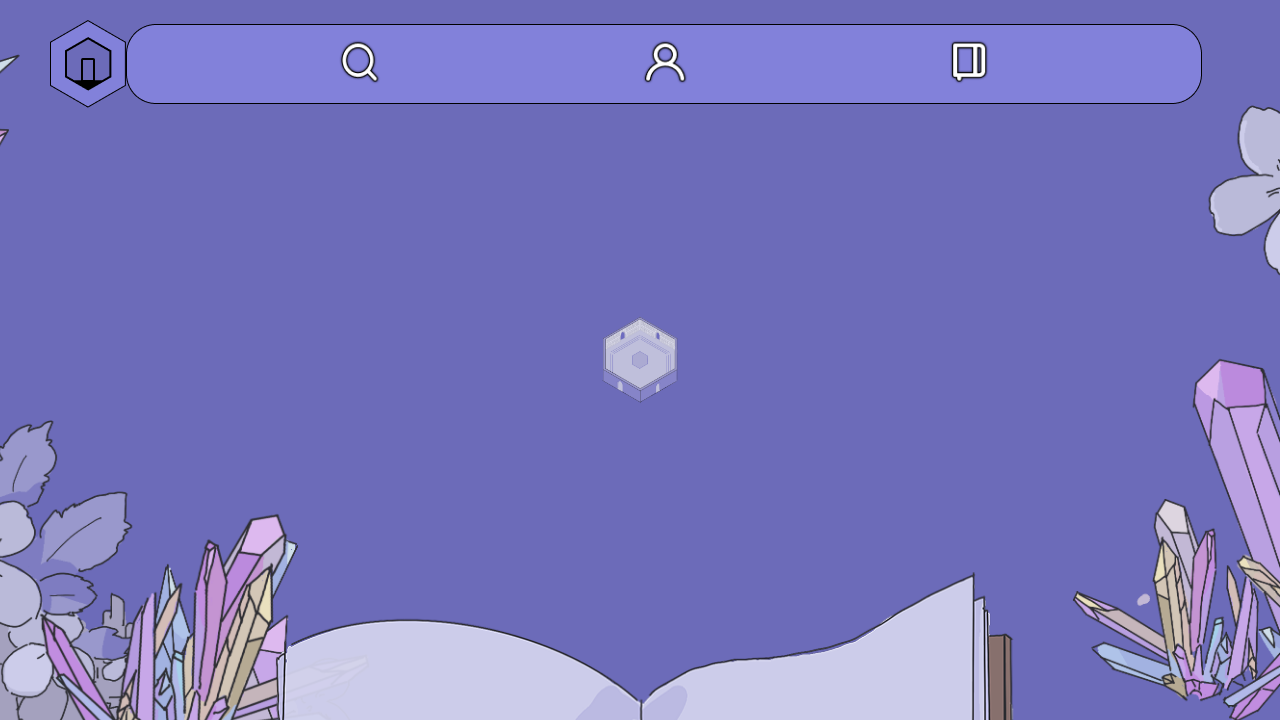
Repository: carolmmc/BabelLibrary
Page: find.html
These files come from the project's save history. The page is drawn as it stood at one moment and after the next save; the edit follows.
The browser window is 1280 px wide. The pictures show the whole page.

Above is the page before, as saved 2025-05-09 23:12:02.

After the next save:
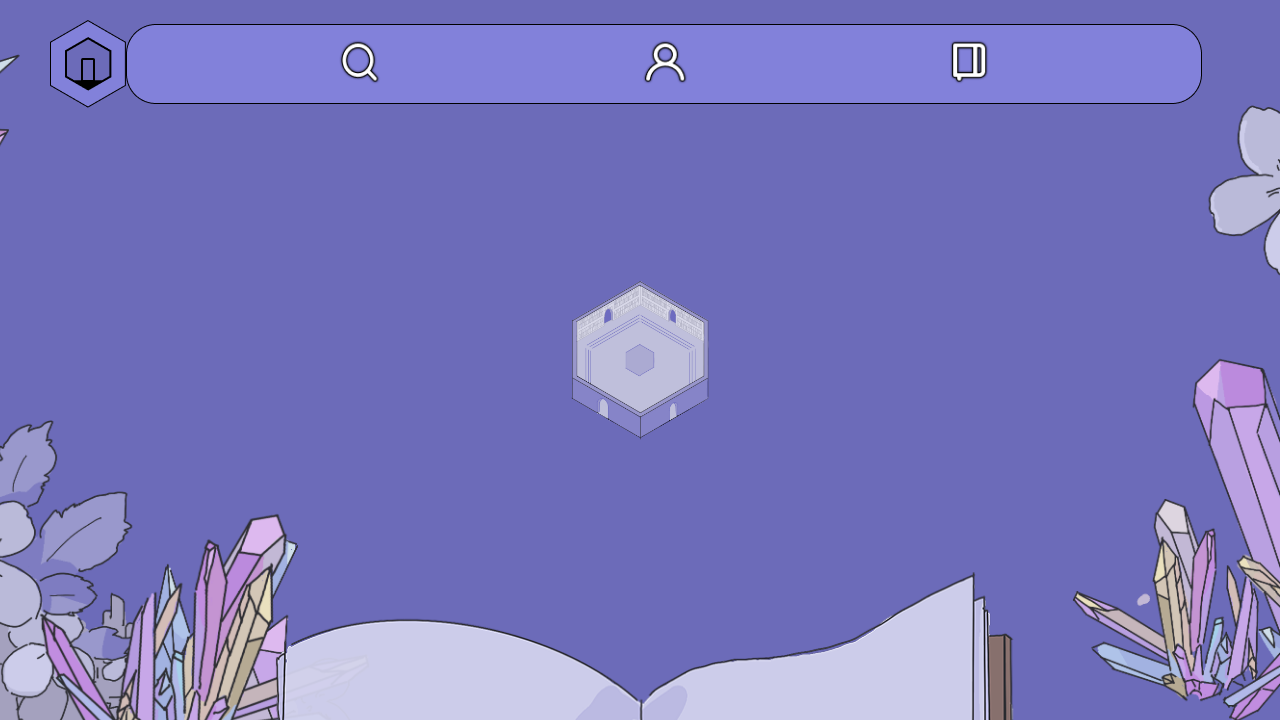
Saved 13 s later.
--- a/find.html
+++ b/find.html
@@ -66,7 +66,7 @@
     .hexagon:hover{transform:translate(-50%,-50%) scale(1.08);}
 
     .layer1{
-      width:240px;          /* 只固定宽度 */
+      width:440px;          /* 只固定宽度 */
       height:auto;          /* 高度自适应以保持原图比例 */
       left:50%;
       top:50%;
